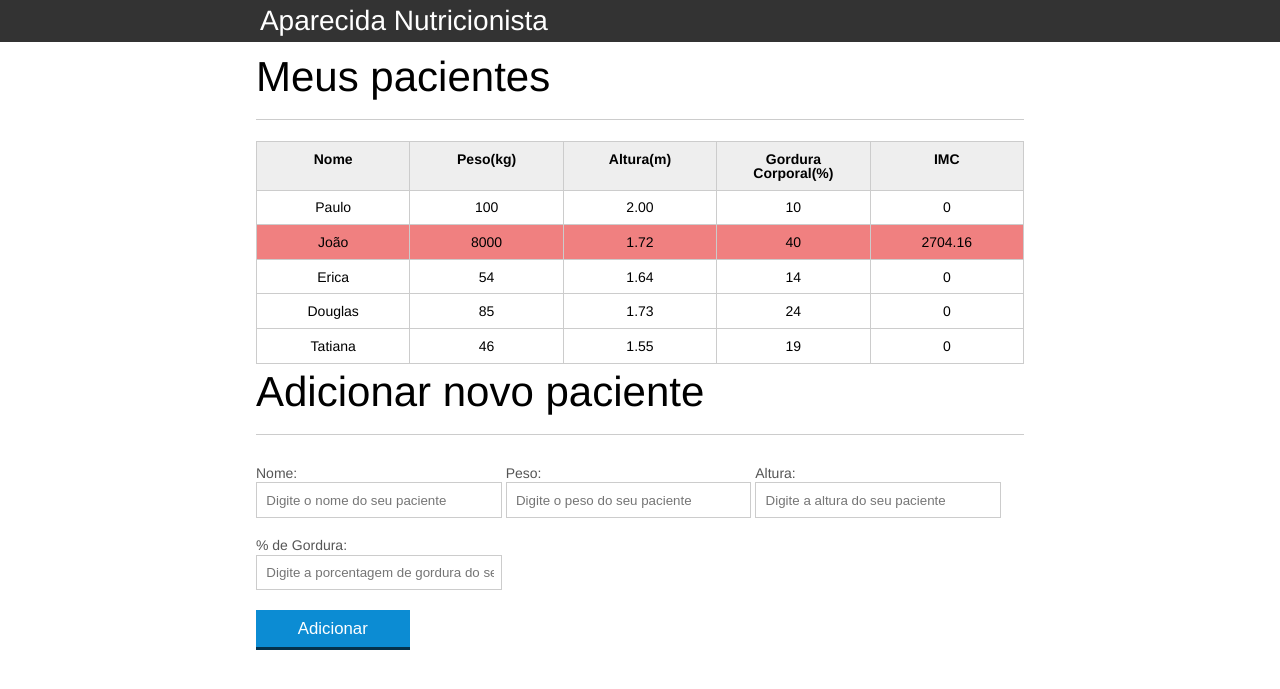
Repository: GabbLps/Controle-de-Clientes-Alura
Page: index.html
An editor plug-in stored every save of this project. The page is shown before and after the next save, followed by the edit.
The browser window is 1280 px wide. The pictures show the whole page.

Above is the page before, as saved 2022-05-10 17:18:12.

After the next save:
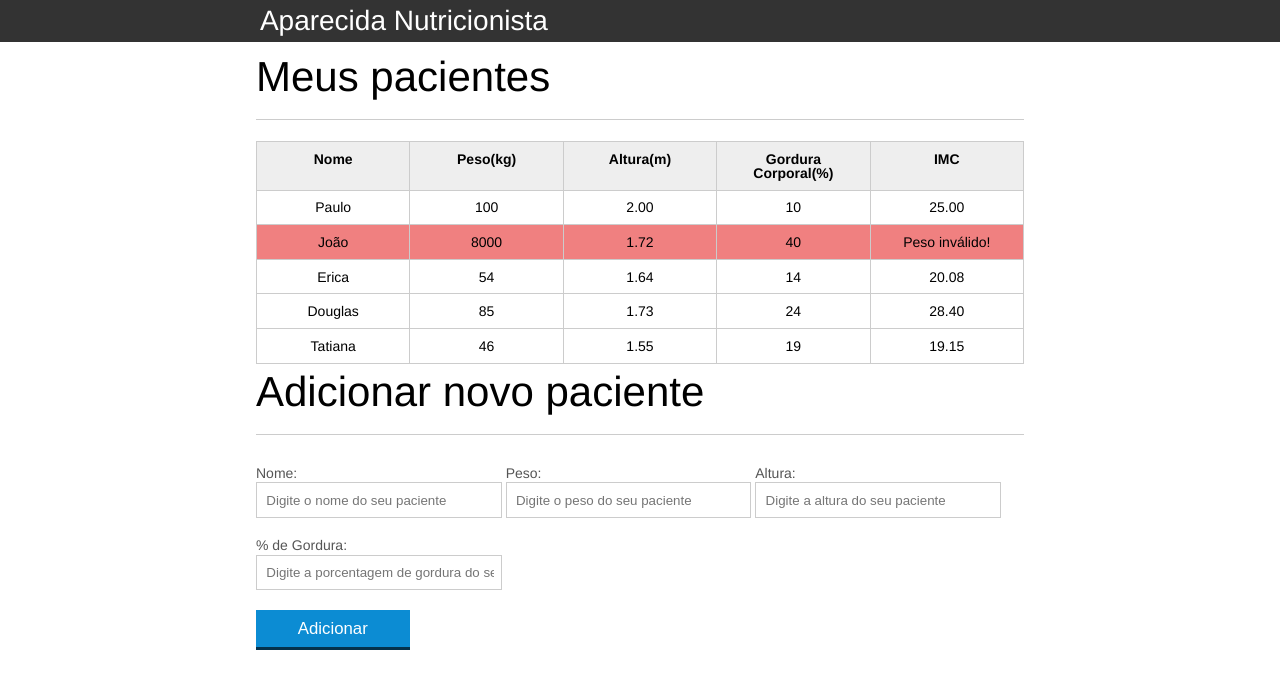
Saved 6 min 2 s later.
--- a/js/calcula-imc.js
+++ b/js/calcula-imc.js
@@ -32,7 +32,7 @@ for(var i = 0;i < pacientes.length; i++) {
         paciente.classList.add("paciente-invalido");
     }
 
-    if(!pesoEhValido && alturaEhValida) {
+    if(pesoEhValido && alturaEhValida) {
         var imc = calculaImc(peso,altura);
         tdImc.textContent = imc;
     }
